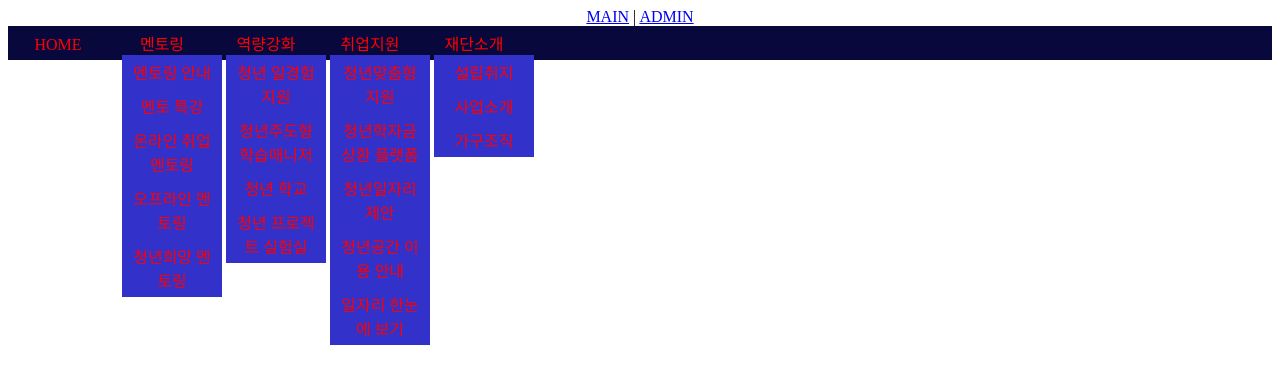
Repository: nywogud/promoPoli
Page: http://localhost/poli/WEB-INF/views/home.jsp
These files come from the project's save history. The page is drawn as it stood at one moment and after the next save; the edit follows.
The browser window is 1280 px wide. The pictures show the whole page.
The page is served by Tomcat 9. Nobody is signed in. Other server files are loaded and not shown. The template is opened directly, without the code that normally fills it, so the values that code supplies are empty.

Above is the page before, as saved 2021-06-29 12:12:05.

### workspace/poli/src/main/webapp/WEB-INF/views/home.jsp
<%@ page language="java" contentType="text/html; charset=UTF-8"
	pageEncoding="UTF-8"%>
<%@ taglib uri="http://java.sun.com/jsp/jstl/core" prefix="c"%>
<%@ page session="false"%>
<html>
<head>
<title>main</title>
<style>
ul, ol, li {
	list-style: none;
	margin: 0;
	padding: 0;
}

ul.main {
	color: red;
	background: rgb(8, 8, 61);
}

ul.main>li {
	display: inline-block;
	width: 80px;
	padding: 5px 10px;
	text-align: center;
	position: relative;
}

ul.main>li ul.sub { /*display: none;*/
	position: absolute;
	background: rgb(50, 50, 202);
}

ul.main>li ul.sub>li {
	display: inline-block;
	width: 80px;
	padding: 5px 10px;

	text-align: center;
}
</style>
</head>
<body>
	<div style="text-align: center;">
		<label><a href="/">MAIN</a></label> <label>|</label> <label><a
			href="#">ADMIN</a></label>
	</div>
	<div id="navHovBar">
		<ul class="main">
			<li class="main1">HOME</li>
			<li class="main2">멘토링
				<ul class="main2Sub sub">
					<li>멘토링 안내</li>
					<li>멘토 특강</li>
					<li>온라인 취업 멘토링</li>
					<li>오프라인 멘토링</li>
					<li>청년희망 멘토링</li>
				</ul>
			</li>
			<li class="main3">역량강화
				<ul class="main3Sub sub">
					<li>청년 일경험 지원</li>
					<li>청년주도형 학습매니저</li>
					<li>청년 학교</li>
					<li>청년 프로젝트 실험실</li>
				</ul>
			</li>
			<li class="main4">취업지원
				<ul class="main4Sub sub">
					<li>청년맞춤형지원</li>
					<li>청년학자금상환 플랫폼</li>
					<li>청년일자리제안</li>
					<li>청년공간 이용 안내</li>
					<li>일자리 한눈에 보기</li>
				</ul>
			</li>
			<li class="main5">재단소개
				<ul class="main5Sub sub">
					<li>설립취지</li>
					<li>사업소개</li>
					<li>가구조직</li>
				</ul>
			</li>
		</ul>
	</div>
</body>
</html>

After the next save:
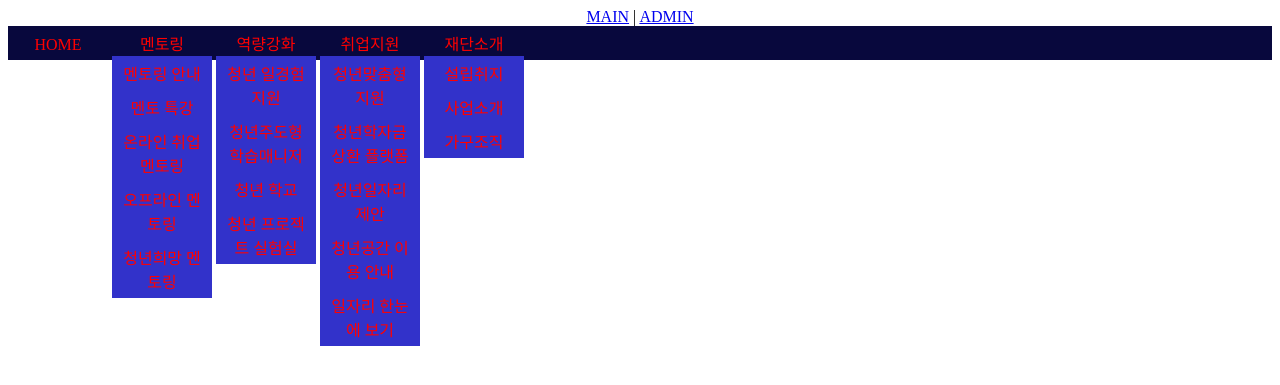
Saved 8 min 40 s later.
--- a/workspace/poli/src/main/webapp/WEB-INF/views/home.jsp
+++ b/workspace/poli/src/main/webapp/WEB-INF/views/home.jsp
@@ -28,6 +28,8 @@ ul.main>li {
 ul.main>li ul.sub { /*display: none;*/
 	position: absolute;
 	background: rgb(50, 50, 202);
+	top:30px;
+	left:0;
 }
 
 ul.main>li ul.sub>li {
